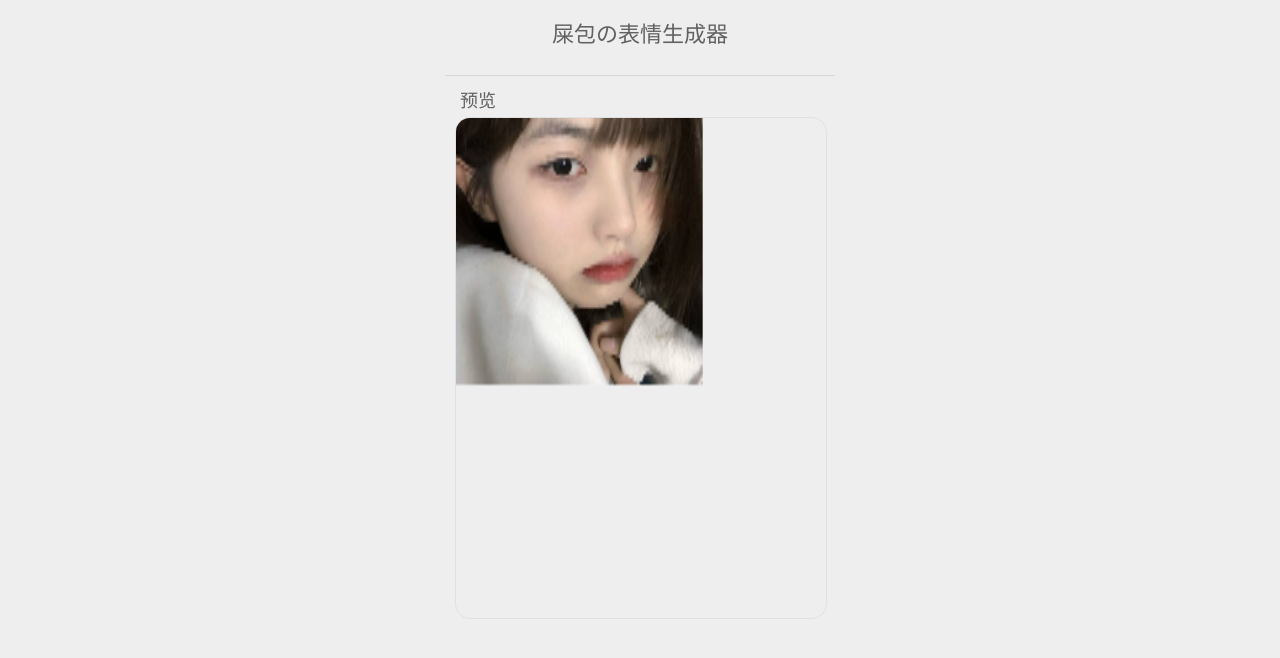
Repository: long-zuyang/shibao
Page: /
These files come from the project's save history. The page is drawn as it stood at one moment and after the next save; the edit follows.
The browser window is 1280 px wide. The pictures show the whole page.
The project was rebuilt for these pictures with package versions that can differ from the ones it lists, and the page was loaded fresh each time. Also part of the build but not shown: vite.config.ts.

Above is the page before, as saved 2023-06-29 21:21:45.

After the next save:
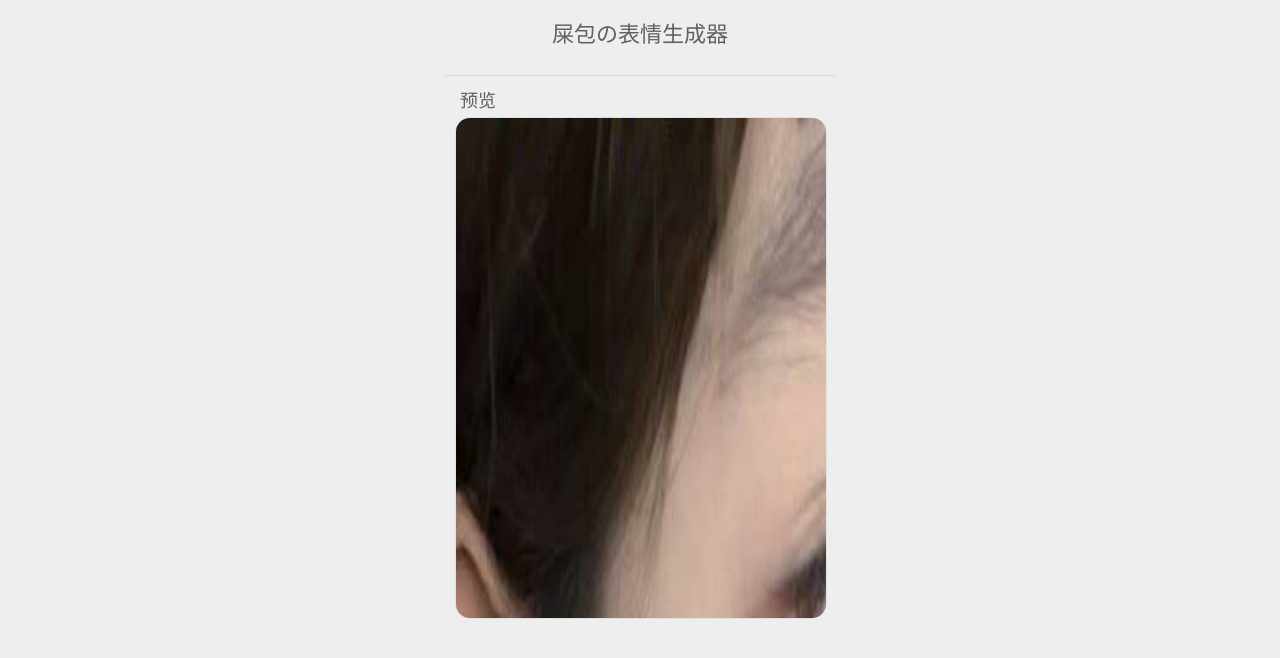
Saved 7 min 3 s later.
--- a/src/components/CanvasDraw.tsx
+++ b/src/components/CanvasDraw.tsx
@@ -21,7 +21,7 @@ function CanvasDrow() {
     img.onload = () => {
       const height = 100;
       const width = 300;
-      ctx?.drawImage(img, 0, 0, 200, 80);
+      ctx?.drawImage(img, 0, 0);
     };
   }, []);
   // if (!canvasRef.current) {
